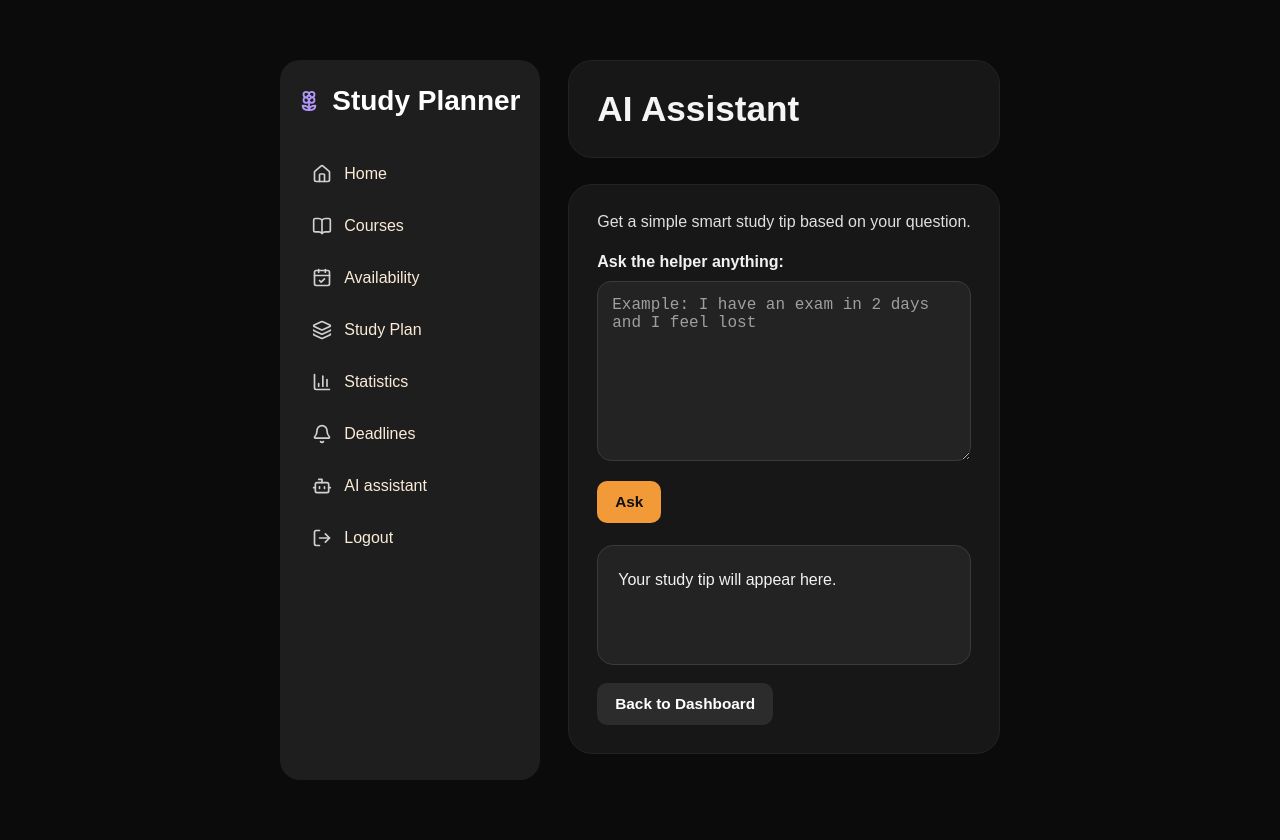
Repository: HaifaBaderBinDuhaim/web
Page: Frontend/ai-helper.html
An editor plug-in stored every save of this project. The page is shown before and after the next save, followed by the edit.
The browser window is 1280 px wide. The pictures show the whole page.

Above is the page before, as saved 2026-04-10 22:51:58.
Not found: Frontend/ai-helper.js

After the next save:
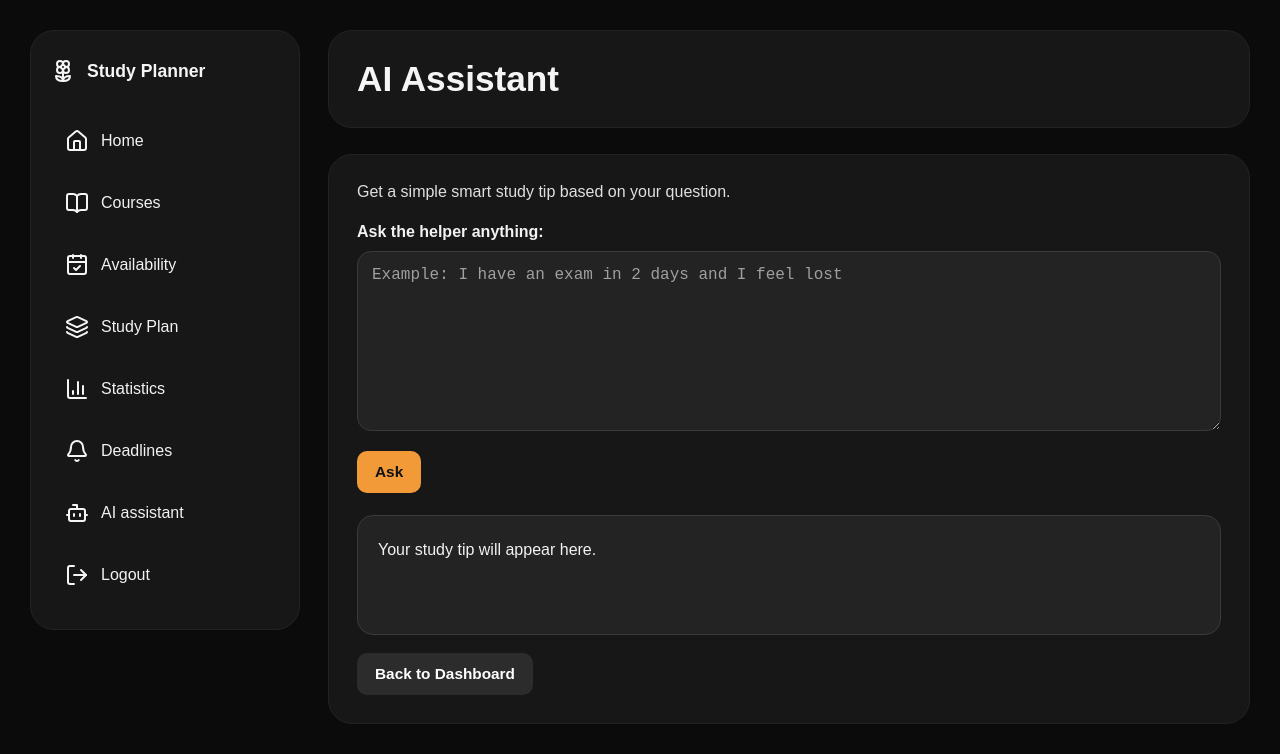
Saved 79 s later.
--- a/Frontend/ai-helper.html
+++ b/Frontend/ai-helper.html
@@ -4,7 +4,7 @@
     <meta charset="UTF-8" />
     <meta name="viewport" content="width=device-width, initial-scale=1.0" />
     <title>AI Study Helper - Smart Study Planner</title>
-    <link rel="stylesheet" href="styleLogin.css" />
+    <link rel="stylesheet" href="style shams.css" />
     <script src="https://unpkg.com/lucide@latest"></script>
   </head>
   <body class="ai-page body-sidebare">
